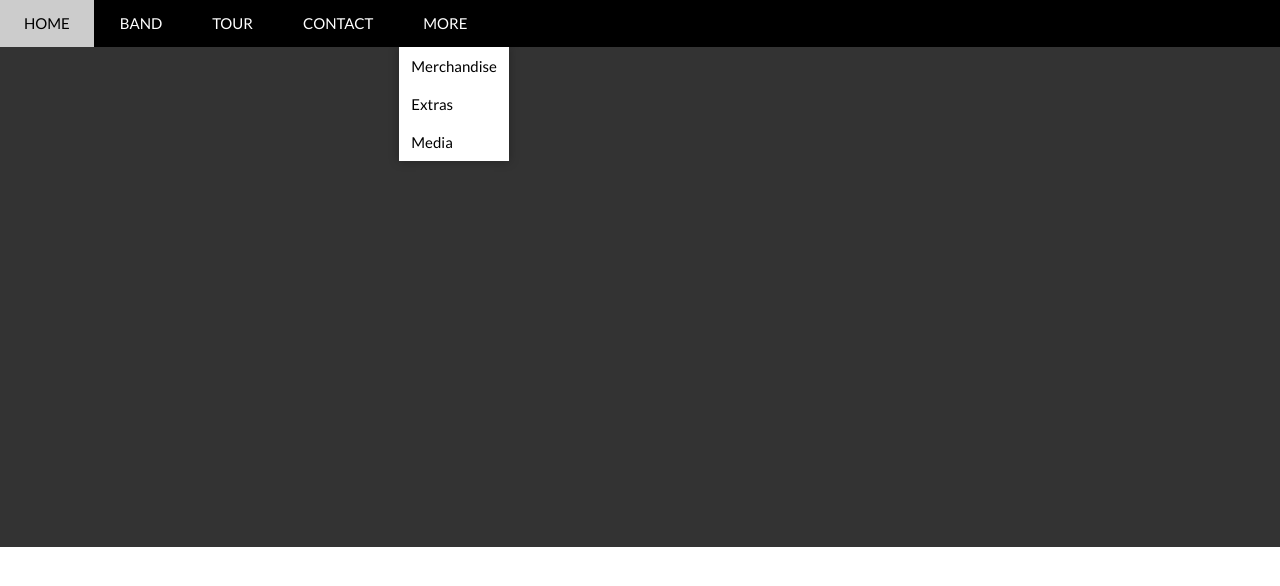
Repository: nguyenthaicong265/w3-band
Page: index.html
These files come from the project's save history. The page is drawn as it stood at one moment and after the next save; the edit follows.
The browser window is 1280 px wide. The pictures show the whole page.

Above is the page before, as saved 2021-12-28 00:01:31.

After the next save:
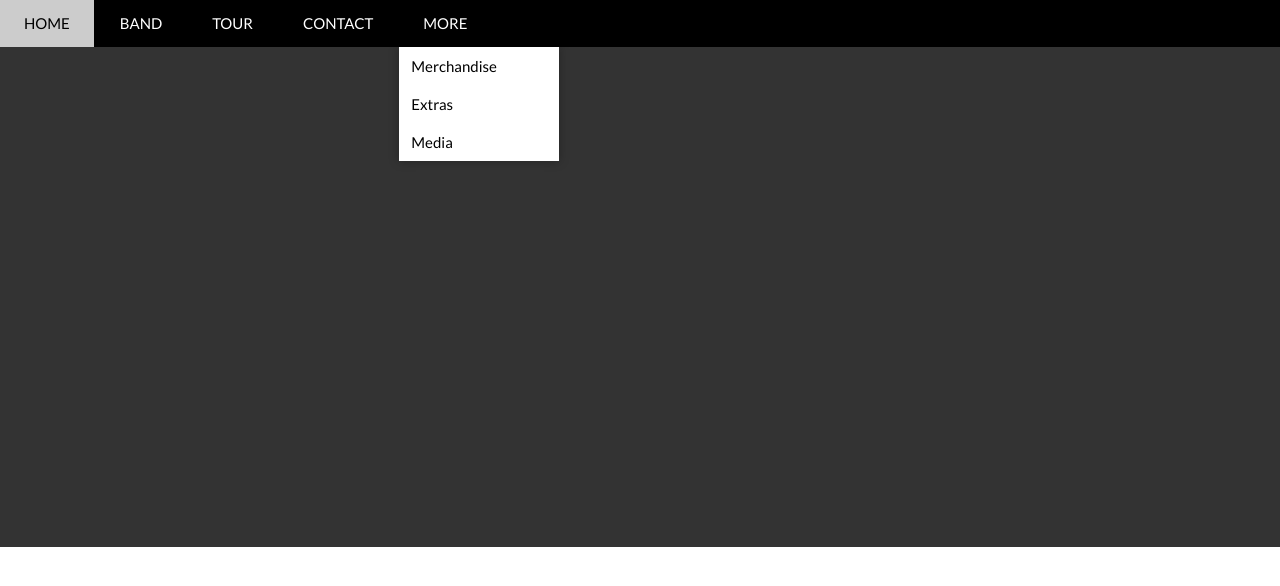
Saved 57 s later.
--- a/assets/css/styles.css
+++ b/assets/css/styles.css
@@ -59,6 +59,7 @@ html {
 #nav .subnav {
     /* display: block;  */
     position: absolute;
+    min-width: 160px;
     background-color: #ffffff;
     box-shadow: 0 0 10px rgba(0, 0, 0, 0.3);
 }
